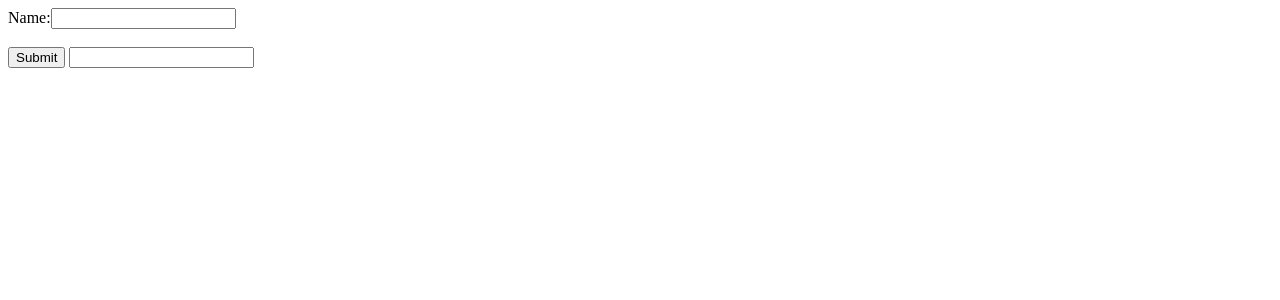
Repository: ayush-ayushman/Servlet-Project
Page: http://localhost/SessionTracking/
These files come from the project's save history. The page is drawn as it stood at one moment and after the next save; the edit follows.
The browser window is 1280 px wide. The pictures show the whole page.
The page is served by Tomcat 10.

Above is the page before, as saved 2023-10-04 09:18:23.

After the next save:
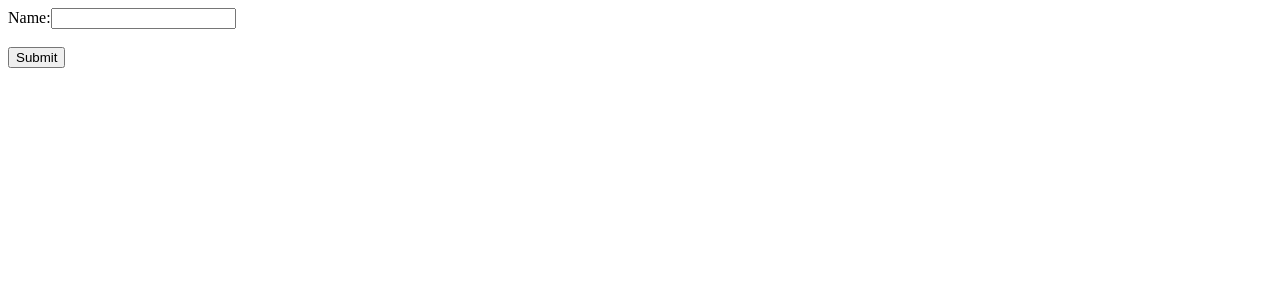
Saved 112 s later.
--- a/SessionTracking/src/main/webapp/index.jsp
+++ b/SessionTracking/src/main/webapp/index.jsp
@@ -10,7 +10,7 @@
  Name:<input  type="text"  name="nm">
    <br></br>
   <input type="submit"/>
- <input>
+
  </form>
 </body>
 </html>
